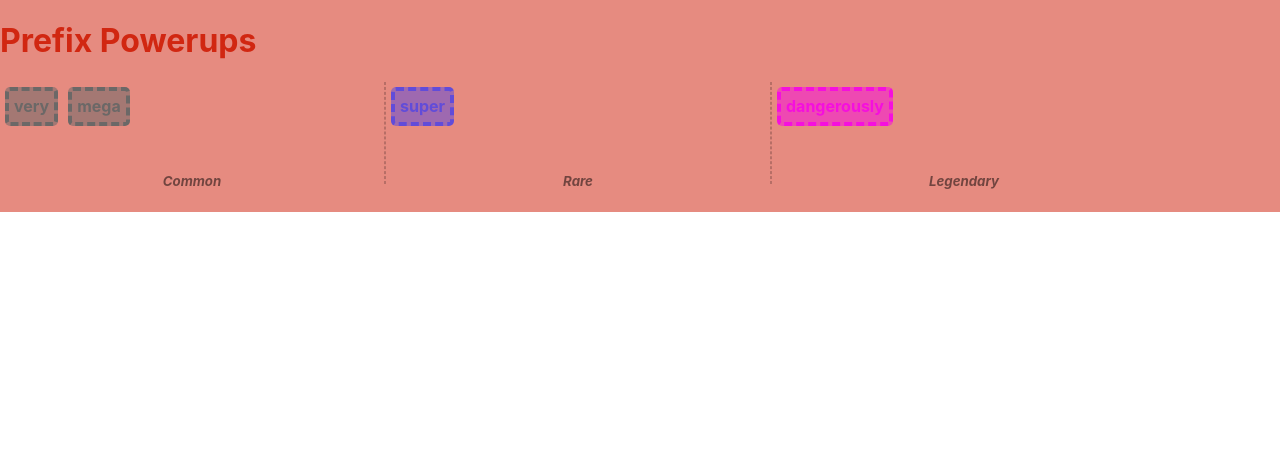
Repository: bsalgado98/buns-inator
Page: /
The author's editor kept a copy of each file at every save. The page is drawn from the files as they stood at one save, then again after a run of saves.
The browser window is 1280 px wide. The pictures show the whole page.
The project was rebuilt for these pictures with package versions that can differ from the ones it lists, and the page was loaded fresh each time.

Above is the page before, as saved 2022-04-25 22:54:42.

### src/index.css
body {
    margin: 0;
    padding: 0;
    font-family: -apple-system, BlinkMacSystemFont, 'Segoe UI', 'Roboto', 'Oxygen',
        'Ubuntu', 'Cantarell', 'Fira Sans', 'Droid Sans', 'Helvetica Neue',
        sans-serif;
    -webkit-font-smoothing: antialiased;
    -moz-osx-font-smoothing: grayscale;
}

code {
    font-family: source-code-pro, Menlo, Monaco, Consolas, 'Courier New', monospace;
}

### src/App.js
import './App.css';
import WordBank from './components/WordBank/WordBank'
import { RARITY, PART_OF_SENTENCE, COLOR } from './utility/constants'

function App() {
    const wordList = {
        prefixPowerups: [
            {
                sectionTitle: RARITY.COMMON,
                words: ['very', 'mega'],
                color: COLOR.COMMON,
                partOfSentence: PART_OF_SENTENCE.PREFIX
            },
            {
                sectionTitle: RARITY.RARE,
                words: ['super'],
                color: COLOR.RARE,
                partOfSentence: PART_OF_SENTENCE.PREFIX
            },
            {
                sectionTitle: RARITY.LEGENDARY,
                words: ['dangerously'],
                color: COLOR.LEGENDARY,
                partOfSentence: PART_OF_SENTENCE.PREFIX
            }
        ],
        superSuffixes: [
            {
                sectionTitle: RARITY.COMMON,
                words: ['very', 'mega'],
                color: COLOR.COMMON,
                partOfSentence: PART_OF_SENTENCE.SUFFIX
            },
            {
                sectionTitle: RARITY.RARE,
                words: ['super'],
                color: COLOR.RARE,
                partOfSentence: PART_OF_SENTENCE.SUFFIX
            },
            {
                sectionTitle: RARITY.LEGENDARY,
                words: ['city'],
                color: COLOR.LEGENDARY,
                partOfSentence: PART_OF_SENTENCE.SUFFIX
            }
        ]
    }

    return (
        <div className="App">
            <WordBank bankTitle='Prefix Powerups' color="#d12711" wordCollection={wordList.prefixPowerups}/>
        </div>
    );
}

export default App;

### src/components/WordBank/WordBank.js
import createWordSection from "../../utility/wordSection"

const WordBank = ({ bankTitle = "N/A", color = "#000000", wordCollection = [] }) => {
    const styles = {
        container: {
            style: {
                backgroundColor: `${color}88`,
                display: 'flex',
                flexDirection: 'column'
            }
        },
        title: {
            style: {
                color: color
            },
            container: {
                style: {
                    display: 'flex',
                    width: '100%'
                }
            }
        },
        collectionArea: {
            style: {
                display: 'flex'
            },
            section: {
                style: {
                    display: 'flex',
                    flexDirection: 'column',
                    width: '30%'
                },
                wordArea: {
                    style: {
                        display: 'flex'
                    }
                },
                title: {
                    style: {
                        opacity: '0.5',
                        fontStyle: 'italic'
                    }
                }
            }
        },
        divider: {
            style: {
                height: '100px',
                width: '0px',
                border: '1px dashed black',
                opacity: '0.2'
            }
        }
    }
    return (
        <div style={styles.container.style}>
            <div style={styles.title.container.style}>
                <h1 style={styles.title.style}>{bankTitle}</h1>
            </div>
            <div style={styles.collectionArea.style}>
                {wordCollection.map((section, i) => {
                    return (
                        <>
                            {i !== 0 ? <span style={styles.divider.style}></span> : null}
                            <div key={`section-${i}`} style={styles.collectionArea.section.style}>
                                <div style={styles.collectionArea.section.wordArea.style}>
                                    {createWordSection(section.words, section.color, section.partOfSentence)}
                                </div>
                                <h5 style={styles.collectionArea.section.title.style}>{section.sectionTitle}</h5>
                            </div>
                        </>
                    )
                })}
            </div>
        </div>
    )
}

export default WordBank

### src/utility/constants.js
export const RARITY = {
    COMMON: 'Common',
    RARE: 'Rare',
    LEGENDARY: 'Legendary'
}

export const PART_OF_SENTENCE = {
    PREFIX: 'prefix',
    SUFFIX: 'suffix'
}

export const COLOR = {
    COMMON: "#6b6867",
    RARE: "#614cd9",
    LEGENDARY: "#f50fde",
}

### src/utility/wordSection.js
import WordCard from "../components/WordCard/WordCard";

function createWordSection(words, wordColor, partOfSentence) {
    return words.map((word, i) => <WordCard key={`word-${i}`} text={word} color={wordColor} />)
}

export default createWordSection

### src/components/WordCard/WordCard.js
const WordCard = ({ text = "N/A", color = "#000000", partOfSentence }) => {
    const styles = {
        container: {
            style: {
                background: `${color}88`,
                display: 'flex',
                border: `4px dashed ${color}`,
                margin: '5px',
                padding: '5px',
                borderRadius: '5px',
                height: '30%',
                alignItems: 'center'
            }
        },
        text: {
            style: {
                color: color,
                fontSize: '16px'
            }
        }
    }
    return (
        <div style={styles.container.style}>
            <h1 style={styles.text.style}>{text}</h1>
        </div>
    )
}

export default WordCard

Loaded but not shown: public/index.html (common file); src/index.js (common file); src/reportWebVitals.js (common file); src/App.css (common file)

After the next 2 saves:
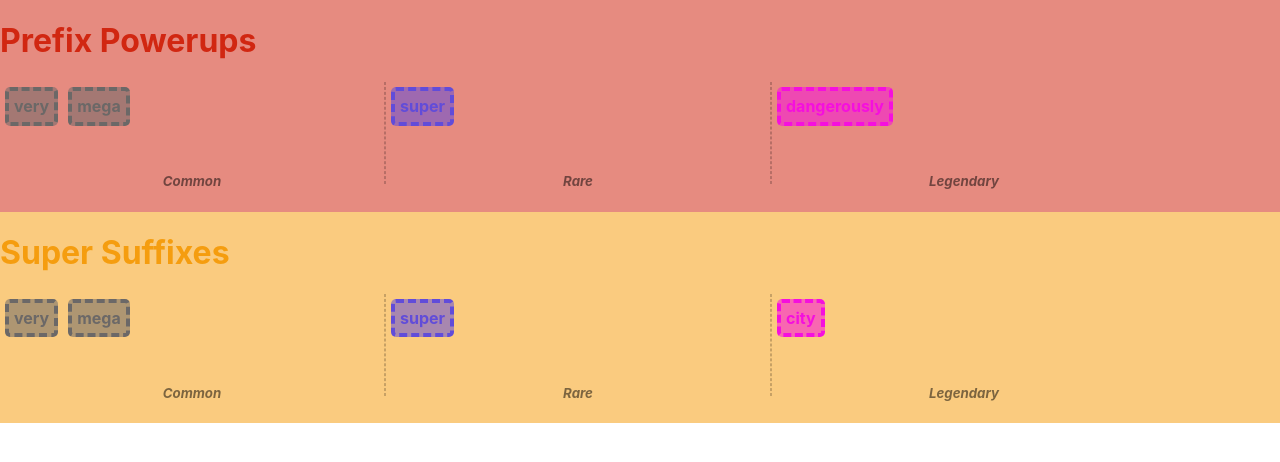
The 2 saves are shown as one change because 1 did not build or start.
The last was saved 64 s later.
--- a/src/App.js
+++ b/src/App.js
@@ -48,7 +48,8 @@ function App() {
 
     return (
         <div className="App">
-            <WordBank bankTitle='Prefix Powerups' color="#d12711" wordCollection={wordList.prefixPowerups}/>
+            <WordBank bankTitle='Prefix Powerups' color="#d12711" wordCollection={wordList.prefixPowerups} />
+            <WordBank bankTitle='Super Suffixes' color="#f59d0f" wordCollection={wordList.superSuffixes} />
         </div>
     );
 }
